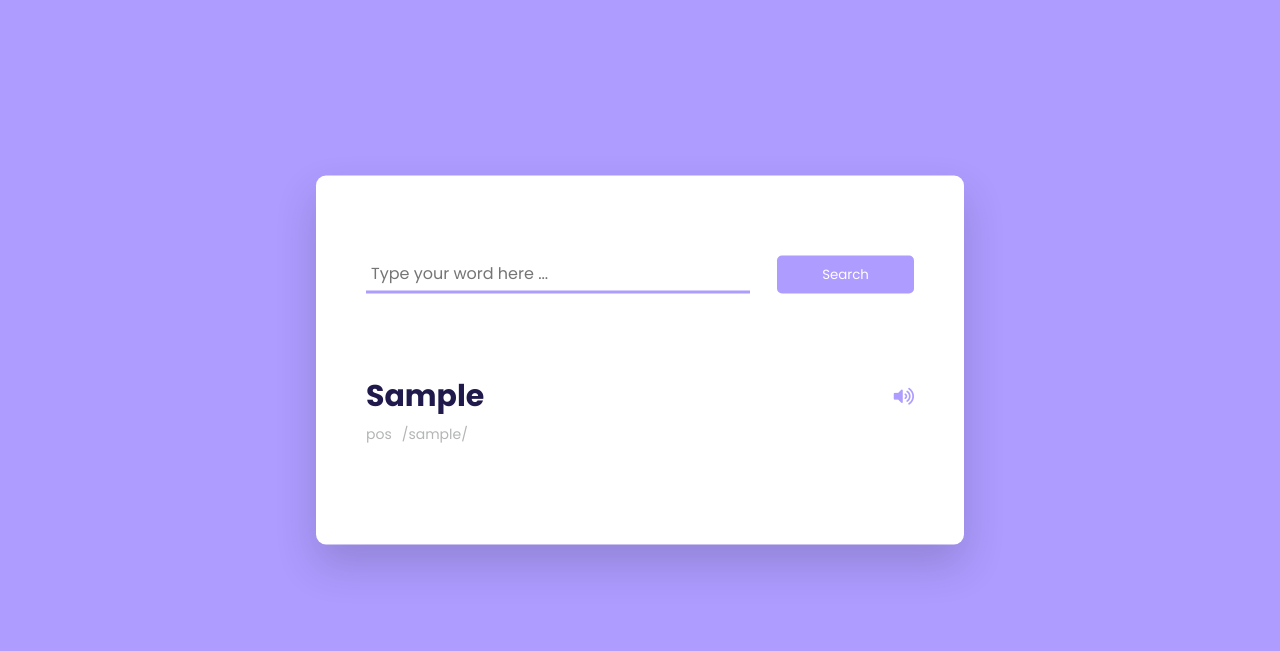
Repository: MohamedMostafaTaha/Translation_app
Page: index.html
These files come from the project's save history. The page is drawn as it stood at one moment and after the next save; the edit follows.
The browser window is 1280 px wide. The pictures show the whole page.

Above is the page before, as saved 2023-09-16 18:26:48.

After the next save:
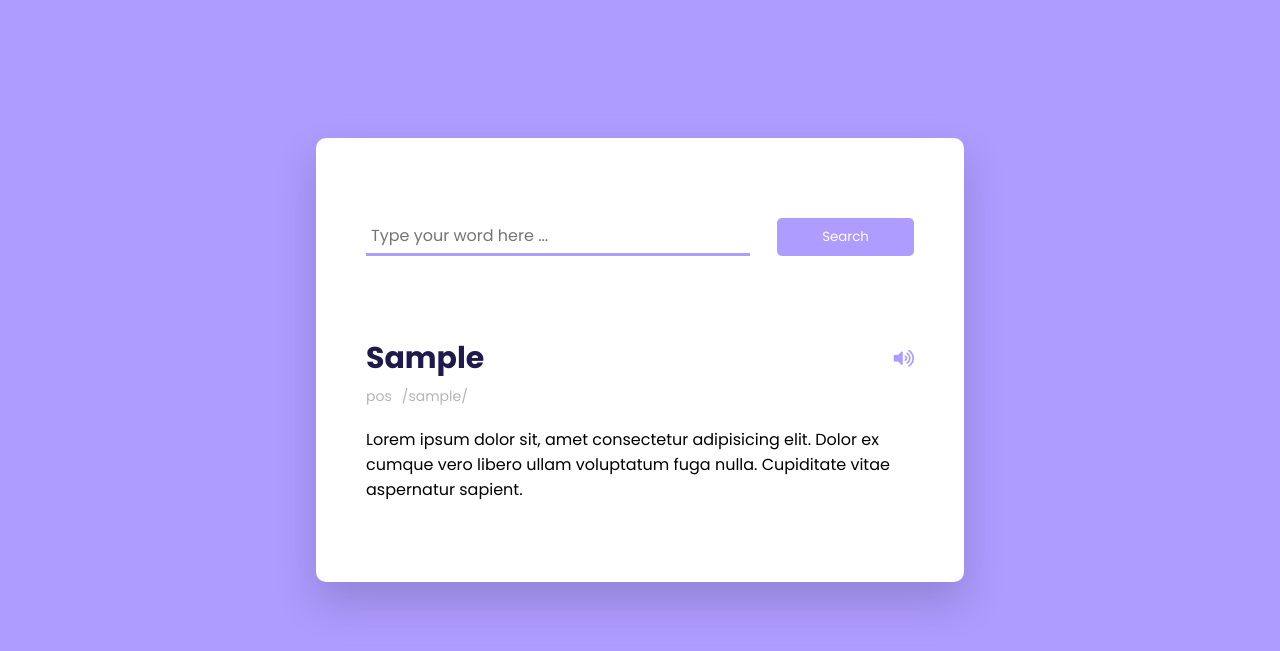
Saved 55 s later.
--- a/index.html
+++ b/index.html
@@ -39,6 +39,11 @@
           <p>pos</p>
           <p>/sample/</p>
         </div>
+        <p class="word-meaning">
+          Lorem ipsum dolor sit, amet consectetur adipisicing elit. Dolor ex
+          cumque vero libero ullam voluptatum fuga nulla. Cupiditate vitae
+          aspernatur sapient.
+        </p>
       </div>
     </div>
     <script src="main.js"></script>
